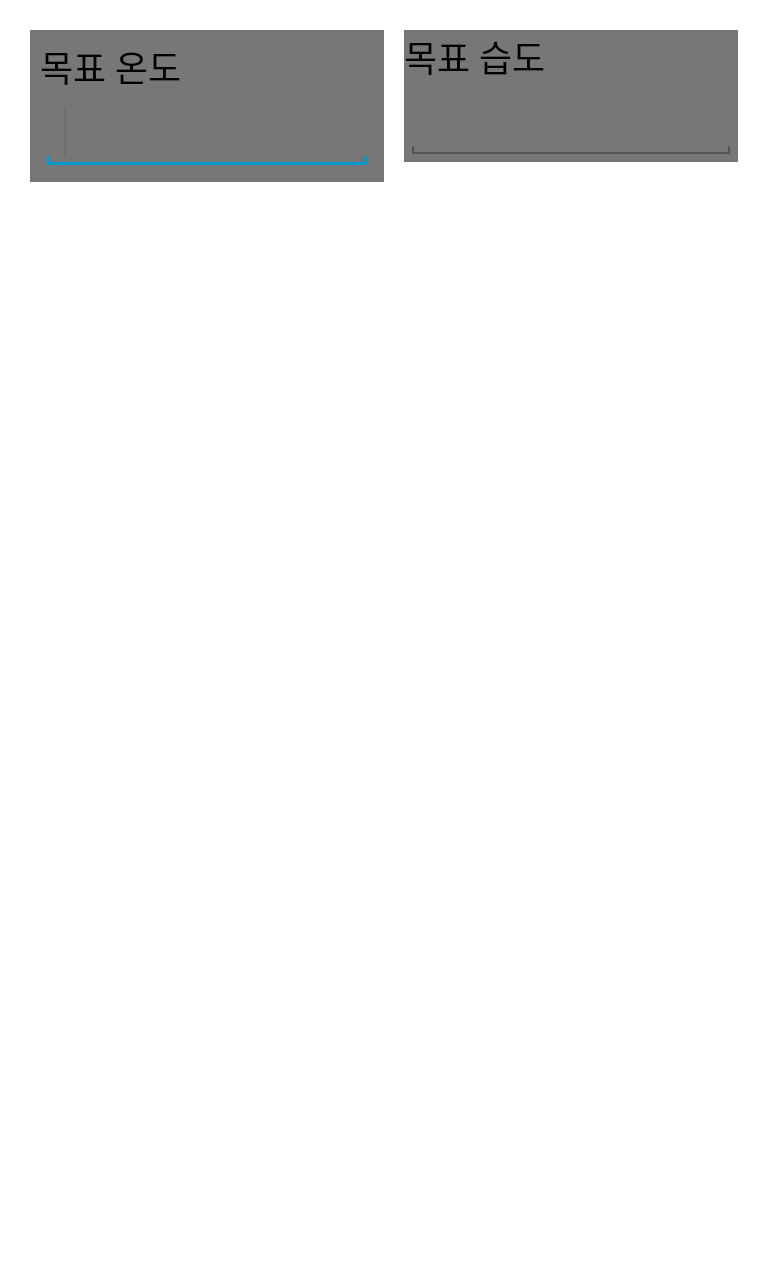
Repository: YeoeunJeong/SinNaYeo
Layout: sny_android/SinNaYeoAndroid/res/layout/activity_setting.xml
An editor plug-in stored every save of this project. The layout is shown before and after the next save, followed by the edit.
It is drawn on a 768 x 1280 px phone screen (xhdpi) without system bars, with theme AppTheme; the app's code is not run.

Above is the layout before, as saved 2015-09-01 16:47:59.

After the next save:
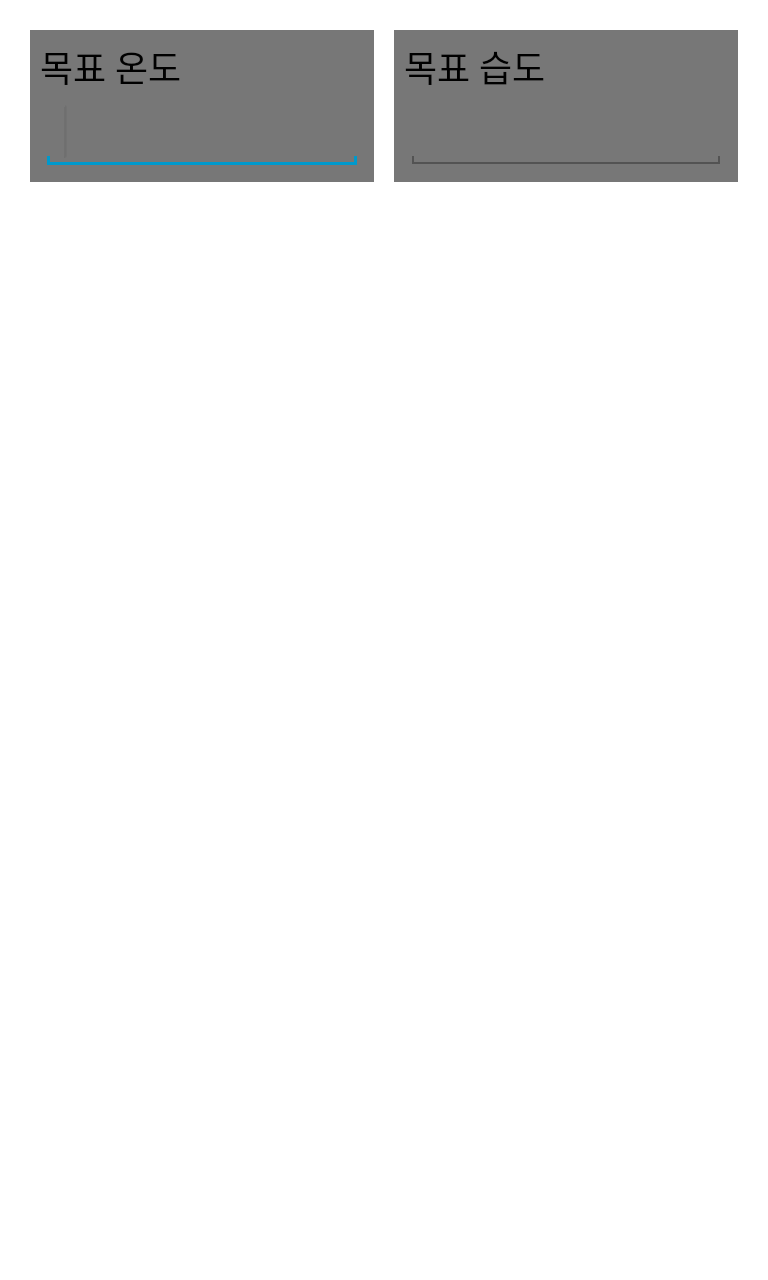
Saved 9 s later.
--- a/sny_android/SinNaYeoAndroid/res/layout/activity_setting.xml
+++ b/sny_android/SinNaYeoAndroid/res/layout/activity_setting.xml
@@ -13,10 +13,10 @@
             android:layout_width="wrap_content"
             android:layout_height="wrap_content"
             android:layout_margin="5dp"
-            android:padding="5dp"
             android:layout_weight="1"
             android:background="#777777"
-            android:orientation="vertical" >
+            android:orientation="vertical"
+            android:padding="5dp" >
 
             <TextView
                 android:layout_width="wrap_content"
@@ -40,7 +40,8 @@
             android:layout_margin="5dp"
             android:layout_weight="1"
             android:background="#777777"
-            android:orientation="vertical" >
+            android:orientation="vertical"
+            android:padding="5dp" >
 
             <TextView
                 android:layout_width="wrap_content"
